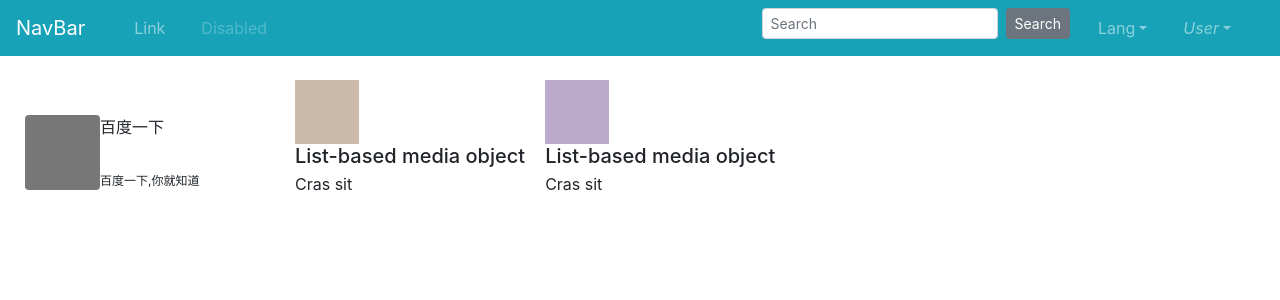
Repository: Funnyrz/vue-nav
Page: /
These files come from the project's save history. The page is drawn as it stood at one moment and after the next save; the edit follows.
The browser window is 1280 px wide. The pictures show the whole page.
The project was rebuilt for these pictures with package versions that can differ from the ones it lists, and the page was loaded fresh each time.

Above is the page before, as saved 2020-08-26 12:11:26.

### public/index.html
<!DOCTYPE html>
<html lang="en">
  <head>
    <meta charset="utf-8">
    <meta http-equiv="X-UA-Compatible" content="IE=edge">
    <meta name="viewport" content="width=device-width,initial-scale=1.0">
    <link rel="icon" href="<%= BASE_URL %>favicon.ico">
    <title>vue-pic</title>
  </head>
  <body>
    <noscript>
      <strong>We're sorry but vue-pic doesn't work properly without JavaScript enabled. Please enable it to continue.</strong>
    </noscript>
    <div id="app"></div>
    <!-- built files will be auto injected -->
  </body>
</html>

### src/main.js
import Vue from 'vue'
import App from './App.vue'
import 'bootstrap/dist/css/bootstrap.css'
import 'bootstrap-vue/dist/bootstrap-vue.css'
import BootstrapVue from 'bootstrap-vue'
// ES Modules syntax

// require syntax

Vue.use(BootstrapVue)
Vue.config.productionTip = false

new Vue({
  render: h => h(App),
}).$mount('#app')

### src/App.vue
<template>
  <div id="app">
    <HelloWorld msg="Welcome to Your Vue.js App" />
  </div>
</template>

<script>
import HelloWorld from "./components/HelloWorld.vue";

export default {
  name: "app",
  components: {
    HelloWorld
  }
};
</script>

<style>
.container-fluid {
  width: 80%;
}
</style>

### src/components/HelloWorld.vue
<template>
  <div class="hello">
    <div>
      <b-navbar toggleable="lg" type="dark" variant="info">
        <b-navbar-brand href="#">NavBar</b-navbar-brand>

        <b-navbar-toggle target="nav-collapse"></b-navbar-toggle>
        <b-container fluid>
          <b-collapse id="nav-collapse" is-nav>
            <b-navbar-nav>
              <b-nav-item href="#">Link</b-nav-item>
              <b-nav-item href="#" disabled>Disabled</b-nav-item>
            </b-navbar-nav>

            <!-- Right aligned nav items -->
            <b-navbar-nav class="ml-auto">
              <b-nav-form>
                <b-form-input size="sm" class="mr-sm-2" placeholder="Search"></b-form-input>
                <b-button size="sm" class="my-2 my-sm-0" type="submit">Search</b-button>
              </b-nav-form>

              <b-nav-item-dropdown text="Lang" right>
                <b-dropdown-item href="#">EN</b-dropdown-item>
                <b-dropdown-item href="#">ES</b-dropdown-item>
                <b-dropdown-item href="#">RU</b-dropdown-item>
                <b-dropdown-item href="#">FA</b-dropdown-item>
              </b-nav-item-dropdown>

              <b-nav-item-dropdown right>
                <!-- Using 'button-content' slot -->
                <template v-slot:button-content>
                  <em>User</em>
                </template>
                <b-dropdown-item href="#">Profile</b-dropdown-item>
                <b-dropdown-item href="#">Sign Out</b-dropdown-item>
              </b-nav-item-dropdown>
            </b-navbar-nav>
          </b-collapse>
        </b-container>
      </b-navbar>

      <b-container fluid>
        <div>
          <ul class="list-unstyled">
            <b-media tag="li" style="width:20%">
              <template v-slot:aside>
                <b-img v-bind="mainProps" rounded alt="placeholder"></b-img>
                <div class="nav-card">
                  百度一下
                 <div class="nav-card-text">
                  百度一下,你就知道
                </div>
                </div>

              </template>
            </b-media>

            <b-media tag="li" class="my-4">
              <template v-slot:aside>
                <b-img blank blank-color="#cba" width="64" alt="placeholder"></b-img>
              </template>

              <h5 class="mt-0 mb-1">List-based media object</h5>
              <p class="mb-0">Cras sit</p>
            </b-media>

            <b-media tag="li">
              <template v-slot:aside>
                <b-img blank blank-color="#bac" width="64" alt="placeholder"></b-img>
              </template>

              <h5 class="mt-0 mb-1">List-based media object</h5>
              <p class="mb-0">Cras sit</p>
            </b-media>
          </ul>
        </div>
      </b-container>
    </div>
  </div>
</template>

<script>
export default {
  name: "HelloWorld",
  props: {
    msg: String
  },
  data() {
    return {
      mainProps: {
        blank: true,
        blankColor: "#777",
        width: 75,
        height: 75,
        class: "m1"
      }
    };
  },
  mounted() {}
};
</script>

<!-- Add "scoped" attribute to limit CSS to this component only -->
<style scoped>
h3 {
  margin: 40px 0 0;
}
ul {
  list-style-type: none;
  padding: 0;
}
li {
  display: inline-block;
  margin: 0 10px;
}
a {
  color: #42b983;
}
.nav-card{position:relative;width:100%;margin-left: 10sm;}
.nav-card-text{
  font-size:12px;bottom:0px;position:absolute;
}
</style>

After the next save:
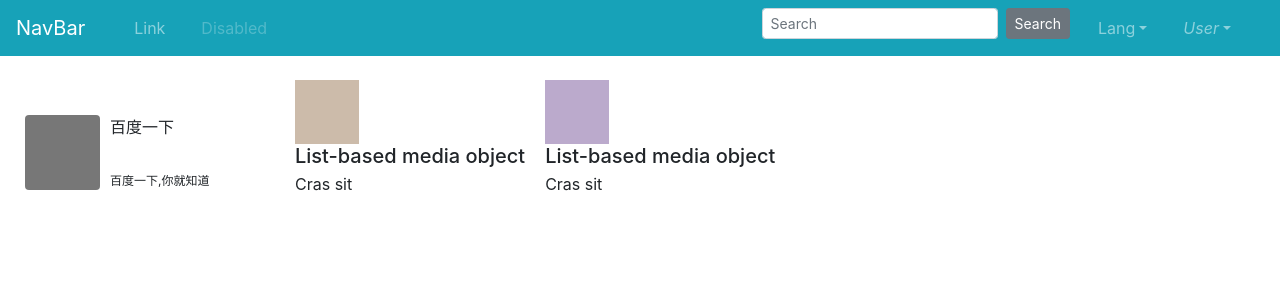
Saved 8 s later.
--- a/src/components/HelloWorld.vue
+++ b/src/components/HelloWorld.vue
@@ -116,7 +116,7 @@ li {
 a {
   color: #42b983;
 }
-.nav-card{position:relative;width:100%;margin-left: 10sm;}
+.nav-card{position:relative;width:100%;margin-left: 10px;}
 .nav-card-text{
   font-size:12px;bottom:0px;position:absolute;
 }
